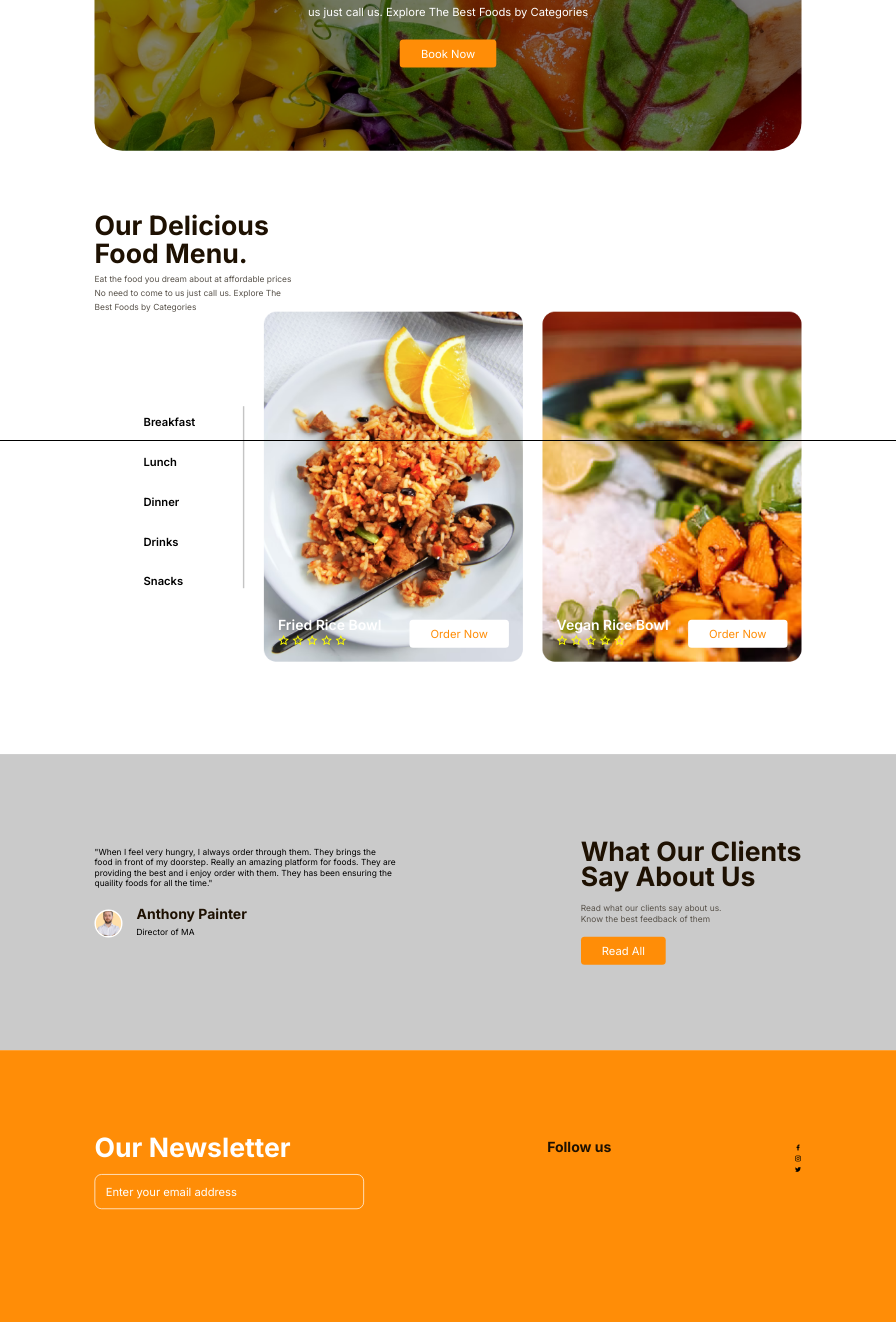
Repository: kien181999/potluck-restaurant-landing
Page: index.html
An editor plug-in stored every save of this project. The page is shown before and after a run of saves, followed by the edit.
The browser window is 1280 px wide. The pictures show the part of the page from y = 2275 to 4195 px (the page is 4165 px tall before and 4195 px after), at 70% of full size.
The style sheet was rebuilt from its Sass, Less or Tailwind sources for each picture, by a compiler version that may differ from the author's.

Above is the page before, as saved 2022-06-21 18:21:46.
Console error: ReferenceError: $ is not defined

### index.html
<!DOCTYPE html>
<html lang="en">

<head>
    <meta charset="UTF-8">
    <meta http-equiv="X-UA-Compatible" content="IE=edge">
    <meta name="viewport" content="width=device-width, initial-scale=1.0">
    <link rel="stylesheet" href="/css/style.css">
    <link href="https://cdn.jsdelivr.net/npm/remixicon@2.5.0/fonts/remixicon.css" rel="stylesheet">
    <title>Restaurant Landing Page</title>
</head>

<body>
    <div class="container container-1">
        <section class="header">
            <div class="header__menu">
                <div class="header__menu--title">
                    <h2 class="heading-2">Potluck.</h2>
                </div>
                <ul class="header__menu--list">
                    <li class="header__menu--link">
                        <a href="" class="header__menu--item">Home</a>
                    </li>
                    <li class="header__menu--link">
                        <a href="" class="header__menu--item">Menu</a>
                    </li>
                    <li class="header__menu--link">
                        <a href="" class="header__menu--item">Service</a>
                    </li>
                    <li class="header__menu--link">
                        <a href="" class="header__menu--item">About Us</a>
                    </li>
                </ul>
                <div class="header__menu--button">
                    <a href="" class="btn__blue">Sign Up</a>
                </div>
            </div>
            <div class="header__content">
                <div class="header__content--text">
                    <div class="header__content--text-1">
                        <h1 class="heading-1">Yummy Food</h1>
                        <h1 class="heading-1">For Busy People.</h1>
                    </div>
                    <div class="header__content--text-2">
                        <span class="heading-span">
                            Eat the food you dream about at affordable prices.
                        </span>
                        <br>
                        <span class="heading-span">
                            No need to come to us just call us.
                        </span>
                    </div>
                    <div class="header__content--text-button">
                        <a href="" class="btn__yellow">Explore Menu</a>
                    </div>
                    <div class="header__content--text-img">
                        <img src="/img/penne-pasta-tomato-sauce-with-chicken-tomatoes-wooden-table 1.png" alt=""
                            class="header__content--text-jpg">
                    </div>
                </div>
                <div class="header__content--card">
                    <div class="header__content--card--item">
                        <div class="header__content--card-img">
                            <img src="/img/front-view-tasty-meat-burger-with-cheese-salad-dark-background 1.png" alt=""
                                class="header__content--card--jpg">
                            <div class="header__content--card--icon--1">
                                <i class="ri-arrow-left-s-line"></i>
                            </div>
                            <div class="header__content--card--icon--2">
                                <i class="ri-heart-line"></i>
                            </div>
                        </div>
                        <div class="header__content--card--text">
                            <div class="header__content--card--title">
                                <h3 class="heading-3">
                                    Eggs Benedict Burger
                                </h3>
                            </div>
                            <div class="header__content--card--price">
                                <span class="heading-span">Price :</span>
                                <h3 class="heading-3">$25</h3>
                            </div>
                            <div class="header__content--card--info">
                                <h3 class="heading-3">Delivery Info</h3>
                                <br>
                                <span class="heading-span">We are commited to deliver your food within 30 minutes to
                                    your doorstep</span>
                            </div>
                            <div class="header__content--card--button">
                                <a href="" class="btn__yellow">Add To Cart</a>
                            </div>
                        </div>
                    </div>
                </div>
            </div>
            <div class="header__hr">
                <div class="header__hr--img">
                    <img src="/img/Image.png" alt="" class="header__hr--jpg">
                </div>
                <div class="header__hr--content">
                    <div class="header__hr--yellow">

                    </div>
                    <div class="header__hr--jd">
                        <div class="header__hr--jd--text">
                            <h3 class="heading-3-white">Become a Deliveryman of Our Restaurant.</h3>
                        </div>
                        <div class="header__hr--jd--btn">
                            <a href="" class="button__blue"><i class="ri-mail-line"></i>Enter your email</a>
                        </div>
                    </div>
                    <div class="header__hr--emp">
                        <div class="header__hr--emp--img">
                            <img src="./img/image 731.png" alt="" class="header__hr--emp-jpg">
                            <img src="./img/image 732.png" alt="" class="header__hr--emp-jpg">
                            <img src="./img/image 856.png" alt="" class="header__hr--emp-jpg">
                            <img src="./img/image 856.png" alt="" class="header__hr--emp-jpg">
                            <img src="./img/image 856.png" alt="" class="header__hr--emp-jpg">
                        </div>
                        <div class="header__hr--emp--span">
                            <span class="heading-span-white">More than 50 riders working with us</span>
                        </div>
                    </div>
                </div>
            </div>
        </section>
    </div>
    <div class="container container-2">
        <section class="category">
            <div class="category__left">
                <img src="./img/chef-presenting-something-white-background-removebg (1) 1.png" alt=""
                    class="category__left--chef">
                <div class="category__left--block"></div>
                <div class="category__left--customer">
                    <div class="category__left--customer-text">
                        <h3 class="heading-3">Happy customer</h3>
                    </div>
                    <div class="category__left--customer-img">
                        <img src="./img/image 731.png" alt="" class="category__left--customer-jpg">
                        <img src="./img/image 732.png" alt="" class="category__left--customer-jpg">
                        <img src="./img/image 856.png" alt="" class="category__left--customer-jpg">
                        <img src="./img/image 856.png" alt="" class="category__left--customer-jpg">
                        <img src="./img/image 856.png" alt="" class="category__left--customer-jpg">
                    </div>
                    <div class="category__left--customer-review">
                        <i class="ri-star-line category__left--customer-icon"></i>
                        <h4 class="heading-4">4,8(1320 reviews)</h4>
                    </div>
                </div>
            </div>
            <div class="category__right">
                <div class="category__right--title">
                    <h2 class="heading-2-bold">Explore The Best</h2>
                    <h2 class="heading-2-bold">Foods by Categories.</h2>
                </div>
                <div class="category__right--text">
                    <span class="heading-span">Eat the food you dream about at affordable prices.</span>
                    <span class="heading-span">No need to come to us just call us.Explore The</span>
                    <span class="heading-span">Best Foods by Categories</span>
                </div>
                <div class="category__right--food">
                    <div class="category__right--food-item">
                        <img src="./img/Rectangle 4546.png" alt="" class="category__right--food-item-img">
                        <h3 class="heading-3" style="margin-bottom: 1rem">Desert Food</h3>
                        <span class="heading-span">50 items</span>
                    </div>
                    <div class="category__right--food-item">
                        <img src="./img/Rectangle 4547.png" alt="" class="category__right--food-item-img">
                        <h3 class="heading-3" style="margin-bottom: 1rem">Fast Food</h3>
                        <span class="heading-span">50 items</span>
                    </div>
                    <div class="category__right--food-item">
                        <img src="./img/Rectangle 4548.png" alt="" class="category__right--food-item-img">
                        <h3 class="heading-3" style="margin-bottom: 1rem">Water & Drinks</h3>
                        <span class="heading-span">50 items</span>
                    </div>
                </div>
            </div>
        </section>
        <section class="feature">
            <div class="feature__title">
                <h2 class="heading-2-white">
                    Get up to 50% off when
                </h2>

                <h2 class="heading-2-white">
                    Booking a Table for Dinner
                </h2>
            </div>
            <div class="feature__text">
                <span class="heading-span-white">Eat the food you dream about at affordable prices. No need to come
                    to</span>
                <span class="heading-span-white">us just call us. Explore The Best Foods by Categories</span>
            </div>
            <div class="feature__button">
                <a href="" class="btn__yellow">Book Now</a>
            </div>
        </section>
        <section class="menu">
            <div class="menu__title">
                <div class="menu__title--main">
                    <h2 class="heading-2-bold">Our Delicious</h2>
                    <h2 class="heading-2-bold">Food Menu.</h2>
                </div>
                <div class="menu__title--sub">
                    <span class="heading-span">Eat the food you dream about at affordable prices </span>
                    <span class="heading-span">No need to come to us just call us. Explore The</span>
                    <span class="heading-span">Best Foods by Categories</span>
                </div>
            </div>
            <div class="menu__item">
                <div class="menu__item--menu">
                    <ul class="menu__item--menu--list">
                        <li class="menu__item--menu--item">
                            <a href="" class="menu__item--menu--link">Breakfast</a>
                        </li>
                        <li class="menu__item--menu--item">
                            <a href="" class="menu__item--menu--link">Lunch</a>
                        </li>
                        <li class="menu__item--menu--item">
                            <a href="" class="menu__item--menu--link">Dinner</a>
                        </li>
                        <li class="menu__item--menu--item">
                            <a href="" class="menu__item--menu--link">Drinks</a>
                        </li>
                        <li class="menu__item--menu--item">
                            <a href="" class="menu__item--menu--link">Snacks</a>
                        </li>
                    </ul>
                </div>
                <div class="menu__item--img-1">
                    <div class="menu__item--img--name">
                        <h3 class="heading-3-white">Fried Rice Bowl</h3>
                        <ul class="menu__item--img--star">

                            <li class="menu__item--img--icon">
                                <i class="ri-star-line "></i>
                                <i class="ri-star-line "></i>
                                <i class="ri-star-line "></i>
                                <i class="ri-star-line "></i>
                                <i class="ri-star-line "></i>
                            </li>
                        </ul>
                    </div>
                    <div class="menu__item--img--button">
                        <a href="" class="button__white">Order Now</a>
                    </div>
                </div>
                <div class="menu__item--img-2">
                    <div class="menu__item--img--name">
                        <h3 class="heading-3-white">Vegan Rice Bowl</h3>
                        <ul class="menu__item--img--star">

                            <li class="menu__item--img--icon">
                                <i class="ri-star-line "></i>
                                <i class="ri-star-line "></i>
                                <i class="ri-star-line "></i>
                                <i class="ri-star-line "></i>
                                <i class="ri-star-line "></i>
                            </li>
                        </ul>
                    </div>
                    <div class="menu__item--img--button">
                        <a href="" class="button__white">Order Now</a>
                    </div>
                </div>
            </div>
        </section>
    </div>
    <div class="container container-3">
        <section class="review">
            <div class="review__comment">
                <div class="review__comment--text">
                    <p class="heading-para">
                        "When I feel very hungry, I always order through them. They brings the <br>
                        food in front of my doorstep. Really an amazing platform for foods. They are <br> providing the
                        best and i enjoy order with them. They has been ensuring the <br> quaility foods for all the
                        time."
                    </p>
                </div>
                <div class="review__comment--customer">
                    <img src="./img/image 731.png" alt="" class="review__comment--customer--img">
                    <div class="review__comment--customer--info">
                        <h3 class="heading-3">Anthony Painter</h3>
                        <p class="heading-para">Director of MA</p>
                    </div>
                </div>
            </div>
            <div class="review__client">
                <div class="review__client--title">
                    <h2 class="heading-2-bold">What Our Clients</h2>
                    <h2 class="heading-2-bold">Say About Us</h2>
                </div>
                <div class="review__client--text">
                    <span class="heading-span">Read what our clients say about us. <br> Know the best feedback of
                        them</span>
                </div>
                <div class="review__client--button">
                    <a href="" class="btn__yellow">Read All</a>
                </div>
            </div>
        </section>
    </div>
    <div class="container container-4">
        <section class="newsletter">
            <div class="newsletter__left">
                <h2 class="heading-2-white">Our Newsletter</h2>

                <div class="newsletter__left--field">
                    <input id="register" type="email" class="newsletter__left--input">
                    <label for="register" class="newsletter__left--label">
                        <span class="heading-span-white">Enter your email address
                        </span>
                        <button class="newsletter__left--button">Subcribe</button>
                    </label>
                </div>
                <p class="heading-para"></p>
            </div>
            <div class="newsletter__right">
                <h3 class="heading-3">Follow us</h3>
            </div>
            <div class="newsletter__right--icon">
                <div class="newsletter__right--icon-item">
                    <i class="ri-facebook-fill"></i>
                </div>
                <div class="newsletter__right--icon-item">
                    <i class="ri-instagram-line"></i>
                </div>
                <div class="newsletter__right--icon-item">
                    <i class="ri-twitter-fill"></i>
                </div>
            </div>
        </section>
    </div>
    <script src="./main.js"></script>
</body>

</html>

### sass/main.scss
@import 'base';
@import 'typography';
@import 'variable';
@import 'header';
@import 'button';
@import 'category';
@import 'menu';
@import 'feature';
@import 'review';
@import 'newsletter';

### sass/_base.scss
@import url("https://fonts.googleapis.com/css2?family=Inter:wght@100;200;300;400;500;600;700;800&display=swap");

* {
    margin: 0;
    padding: 0;
    outline: none;
    text-decoration: none;
    box-sizing: border-box;
}

::before,
::after {
    box-sizing: border-box;
}

html {
    box-sizing: border-box;
    font-size: 62.5%;
    scroll-behavior: smooth;
    font-family: var(--body-font);
}

body {
    padding: 0;
    margin: 0;
    line-height: 1.5rem;

}

.container {
    padding: 3.2rem 13.5rem;

    &-1 {
        background-color: var(--body-color);
    }

    &-2 {
        background-color: var(--white-color);
    }

    &-3 {
        background-color: var(--third-color);
    }

    &-4 {
        background-color: var(--yellow-color);
    }
}

### sass/_typography.scss
.heading-1{
    font-family: var(--body-font);
    font-size: 6.6rem;
    color: var(--primary-color);
    font-weight: 700;
}
.heading-2{
    font-family: var(--body-font);
    font-size: 2.8rem;
    color: var(--primary-color);
    font-weight: 600;
}
.heading-2-bold{
    font-family: var(--body-font);
    font-size: 3.8rem;
    color: var(--primary-color);
    font-weight: 700;
}
.heading-2-white{
    font-family: var(--body-font);
    font-size: 3.8rem;
    color: var(--white-color);
    font-weight: 700;
}
.heading-3{
    font-family: var(--body-font);
    font-size: 2rem;
    color: var(--primary-color);
    font-weight: 700;
}
.heading-3-white{
    font-family: var(--body-font);
    font-size: 2rem;
    color: var(--white-color);
    font-weight: 600;
    line-height: 3rem;
}
.heading-4{
    font-family: var(--body-font);
    font-size: 1.4rem;
    color: var(--text-color);
    font-weight: 400;
}
.heading-span{
    font-family: var(--body-font);
    font-size: 1.2rem;
    color: var(--secondary-color);
    font-weight: 400;
}.heading-span-white{
    font-family: var(--body-font);
    font-size: 1.6rem;
    color: var(--white-color);
    font-weight: 400;
    line-height: 1.6;
}
.heading-para{
    font-family: var(--body-font);
    font-size: 1.2rem;
    color: black;
    font-weight: 400;
}

### sass/_variable.scss
:root{
    --body-color: #FFDFA9;
    --primary-color: #1E1102;
    --secondary-color: #58524A;
    --third-color: #cacaca;
    --text-color: #c4c4c4;
    --blue-color: #196dc7;
    --bold-blue-color: #00438B;
    --yellow-color: #FF8D07;
    --white-color: #fff;
    --body-font: 'Inter', sans-serif;
}

### sass/_button.scss
.btn {

    &__blue {
        background-color: var(--bold-blue-color);
        transition: all .2s;
        padding: 1rem 3rem;
        font-size: 1.6rem;
        border-radius: 5px;
        color: var(--white-color);
        &:hover {
            background-color: var(--blue-color);
        }
        &:focus {
            outline: none;
            animation: pulsate 1s infinite;
        }
    }

    &__yellow {
        background-color: var(--yellow-color);
        font-size: 1.6rem;
        border-radius: 5px;
        transition: all .2s;
        color: var(--white-color);
        padding: 1rem 3rem;
    }
}
.button{
    &__blue{
        font-size: 1.6rem;
        background-color: var(--blue-color);
        display: flex;
        align-items: center;
        justify-content: center;
        padding: 1rem 3rem;
        color: var(--white-color);
        border-radius: 5px;
        gap: 1rem;
    }
    &__white{
        background-color: var(--white-color);
        font-size: 1.6rem;
        border-radius: 5px;
        transition: all .2s;
        color: var(--yellow-color);
        padding: 1rem 3rem;
        transition: all .2s;
        &:hover{
            background-color: var(--yellow-color);
            color:  var(--white-color) ;
        }
    }
}


@keyframes pulsate {
    0% {
        transform: scale(1);
        box-shadow: none;
    }

    50% {
        transform: scale(1.05);
        box-shadow: 0 1rem 4rem rgba(0, 0, 0, .25);
    }

    100% {
        transform: scale(1);
        box-shadow: none;

    }
}

### sass/_feature.scss
.feature{
    margin-bottom: 10rem;
    background-image: url(../img/food.png);
    min-height: 51rem;
    border-radius: 40px;
    display: flex;
    padding: 11rem 27rem;
    flex-direction: column;
    justify-content: space-around;
    align-items: center;
    &__title{
        display: flex;
        flex-direction: column;
        align-items: center;
        gap: 3rem;
    }
    &__text{
        display: flex;
        flex-direction: column;
        align-items: center;
        gap: .5rem;
    }
}

### sass/_review.scss
.review{
    display: flex;
    justify-content: space-between;
    &__comment{
        padding-top: 10rem;
        padding-bottom: 10rem;
        display: flex;
        flex-direction: column;
        margin-right: 10rem;
        gap: 3rem;
        &--customer{
            display: flex;
            gap: 2rem;
            align-items: center;
            &--img{
                height: 4rem;
                width: 4rem;
                border-radius: 50%;
                background-color: var(--body-color);
                object-fit: cover;
                border: solid var(--white-color) 2px;
            }
            &--info{
                display: flex;
                flex-direction: column;
                gap: 1rem;
            }
        }

    }
    &__client{
        padding-top: 10rem;
        padding-bottom: 10rem;
        display: flex;
        flex-direction: column;
        gap: 3rem;
        &--title{
            display: flex;
            flex-direction: column;
            gap: 2rem;
        }
    }
}

Loaded but not shown: main.js (1 lines, source omitted); sass/_header.scss (171 lines, source omitted); sass/_menu.scss (106 lines, source omitted); sass/_newsletter.scss (90 lines, source omitted); sass/_category.scss (86 lines, source omitted)

After the next 5 saves:
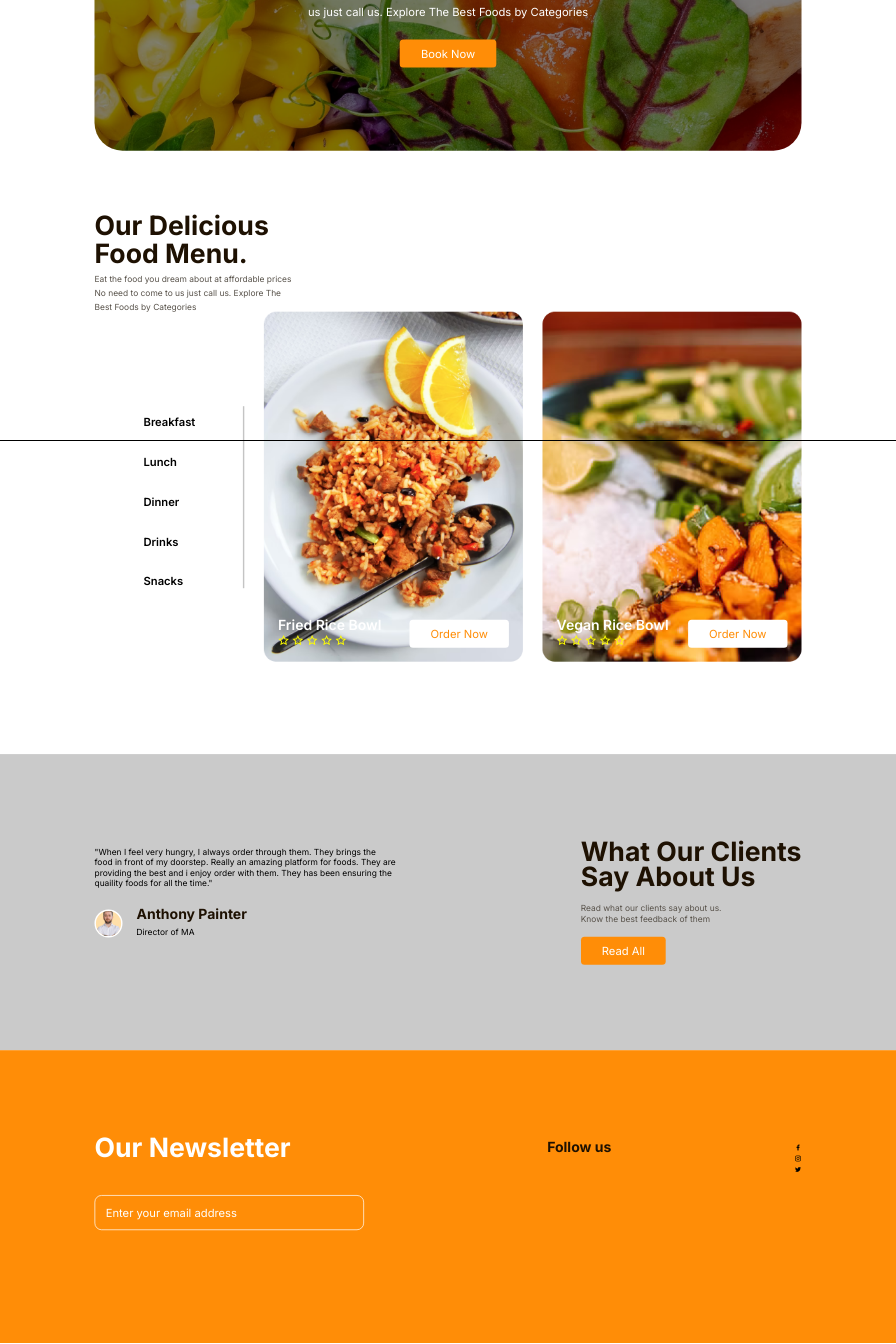
The 5 saves are shown as one change because they came seconds apart.
The last was saved 18 s later.
--- a/index.html
+++ b/index.html
@@ -305,7 +305,7 @@
         <section class="newsletter">
             <div class="newsletter__left">
                 <h2 class="heading-2-white">Our Newsletter</h2>
-
+                <div class="newsletter__left--register"></div>
                 <div class="newsletter__left--field">
                     <input id="register" type="email" class="newsletter__left--input">
                     <label for="register" class="newsletter__left--label">
